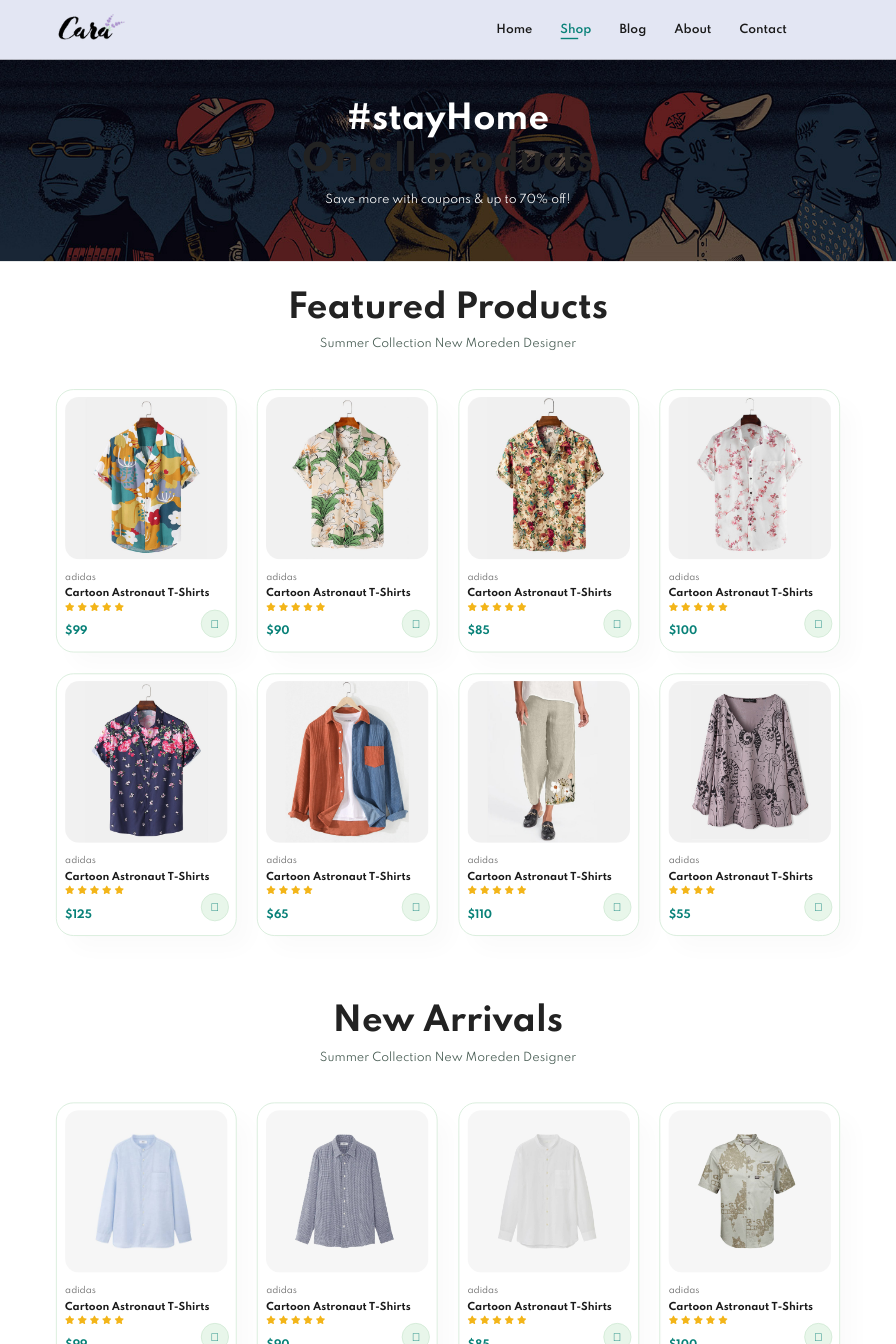
Repository: MinhNhatIT2901/Ecommerce
Page: shop.html
An editor plug-in stored every save of this project. The page is shown before and after the next save, followed by the edit.
The browser window is 1280 px wide. The pictures show the part of the page from y = 0 to 1920 px (the page is 3064 px tall before and 2748 px after), at 70% of full size.
Some web libraries are served in a nearby version.

Above is the page before, as saved 2022-01-08 21:07:28.

### shop.html
<!DOCTYPE html>
<html lang="en">
<head>
    <meta charset="UTF-8">
    <meta http-equiv="X-UA-Compatible" content="IE=edge">
    <meta name="viewport" content="width=device-width, initial-scale=1.0">
    <title>Ecommerce</title>
    <link rel="stylesheet" href="https://pro.fontawesome.com/releases/v5.10.0/css/all.css" integrity="sha384-AYmEC3Yw5cVb3ZcuHtOA93w35dYTsvhLPVnYs9eStHfGJvOvKxVfELGroGkvsg+p" crossorigin="anonymous"/>
    <link rel="stylesheet" href="style.css">
</head>
<body>

    <section id="header">
        <a href="">
            <img src="imgs/img/logo.png" alt="" class="logo">
        </a>
        <div>
            <ul id="navbar">
                <li><a href="index.html">Home</a></li>
                <li><a class="active" href="shop.html">Shop</a></li>
                <li><a href="blog.html">Blog</a></li>
                <li><a href="about.html">About</a></li>
                <li><a href="contact.html">Contact</a></li>
                <li id="lg-bar"><a href="cart.html"><i class="far fa-shopping-bag"></i></a></li>
                <a href="#" id="close">
                    <i class="far fa-times"></i>
                </a>
            </ul>
        </div>
        <div id="mobile">
            <a href="cart.html"><i class="far fa-shopping-bag"></i></a>
            <i id="bar" class="fas fa-outdent"></i>
        </div>
    </section>

    <section id="page-header">
        <h2>#stayHome</h2>
        <h1>On all products</h1>
        <p>Save more with coupons & up to 70% off! </p>
    </section>

    <section id="product1" class="section-p1">
        <h2>Featured Products</h2>
        <p>Summer Collection New Moreden Designer</p>
        <div class="pro-container">
            <div class="pro">
                <img src="imgs/img/products/f1.jpg" alt="">
                <div class="des">
                    <span>adidas</span>
                    <h5>Cartoon Astronaut T-Shirts</h5>
                    <div class="star">
                        <i class="fas fa-star"></i>
                        <i class="fas fa-star"></i>
                        <i class="fas fa-star"></i>
                        <i class="fas fa-star"></i>
                        <i class="fas fa-star"></i>
                    </div>
                    <h4>$99</h4>
                </div>
                <a href="#"><i class="fal fa-shopping-cart cart"></i></a>
            </div>
            <div class="pro">
                <img src="imgs/img/products/f2.jpg" alt="">
                <div class="des">
                    <span>adidas</span>
                    <h5>Cartoon Astronaut T-Shirts</h5>
                    <div class="star">
                        <i class="fas fa-star"></i>
                        <i class="fas fa-star"></i>
                        <i class="fas fa-star"></i>
                        <i class="fas fa-star"></i>
                        <i class="fas fa-star"></i>
                    </div>
                    <h4>$90</h4>
                </div>
                <a href="#"><i class="fal fa-shopping-cart cart"></i></a>
            </div>
            <div class="pro">
                <img src="imgs/img/products/f3.jpg" alt="">
                <div class="des">
                    <span>adidas</span>
                    <h5>Cartoon Astronaut T-Shirts</h5>
                    <div class="star">
                        <i class="fas fa-star"></i>
                        <i class="fas fa-star"></i>
                        <i class="fas fa-star"></i>
                        <i class="fas fa-star"></i>
                        <i class="fas fa-star"></i>
                    </div>
                    <h4>$85</h4>
                </div>
                <a href="#"><i class="fal fa-shopping-cart cart"></i></a>
            </div>
            <div class="pro">
                <img src="imgs/img/products/f4.jpg" alt="">
                <div class="des">
                    <span>adidas</span>
                    <h5>Cartoon Astronaut T-Shirts</h5>
                    <div class="star">
                        <i class="fas fa-star"></i>
                        <i class="fas fa-star"></i>
                        <i class="fas fa-star"></i>
                        <i class="fas fa-star"></i>
                        <i class="fas fa-star"></i>
                    </div>
                    <h4>$100</h4>
                </div>
                <a href="#"><i class="fal fa-shopping-cart cart"></i></a>
            </div>
            <div class="pro">
                <img src="imgs/img/products/f5.jpg" alt="">
                <div class="des">
                    <span>adidas</span>
                    <h5>Cartoon Astronaut T-Shirts</h5>
                    <div class="star">
                        <i class="fas fa-star"></i>
                        <i class="fas fa-star"></i>
                        <i class="fas fa-star"></i>
                        <i class="fas fa-star"></i>
                        <i class="fas fa-star"></i>
                    </div>
                    <h4>$125</h4>
                </div>
                <a href="#"><i class="fal fa-shopping-cart cart"></i></a>
            </div>
            <div class="pro">
                <img src="imgs/img/products/f6.jpg" alt="">
                <div class="des">
                    <span>adidas</span>
                    <h5>Cartoon Astronaut T-Shirts</h5>
                    <div class="star">
                        <i class="fas fa-star"></i>
                        <i class="fas fa-star"></i>
                        <i class="fas fa-star"></i>
                        <i class="fas fa-star"></i>
                    </div>
                    <h4>$65</h4>
                </div>
                <a href="#"><i class="fal fa-shopping-cart cart"></i></a>
            </div>
            <div class="pro">
                <img src="imgs/img/products/f7.jpg" alt="">
                <div class="des">
                    <span>adidas</span>
                    <h5>Cartoon Astronaut T-Shirts</h5>
                    <div class="star">
                        <i class="fas fa-star"></i>
                        <i class="fas fa-star"></i>
                        <i class="fas fa-star"></i>
                        <i class="fas fa-star"></i>
                        <i class="fas fa-star"></i>
                    </div>
                    <h4>$110</h4>
                </div>
                <a href="#"><i class="fal fa-shopping-cart cart"></i></a>
            </div>
            <div class="pro">
                <img src="imgs/img/products/f8.jpg" alt="">
                <div class="des">
                    <span>adidas</span>
                    <h5>Cartoon Astronaut T-Shirts</h5>
                    <div class="star">
                        <i class="fas fa-star"></i>
                        <i class="fas fa-star"></i>
                        <i class="fas fa-star"></i>
                        <i class="fas fa-star"></i>
                    </div>
                    <h4>$55</h4>
                </div>
                <a href="#"><i class="fal fa-shopping-cart cart"></i></a>
            </div>
        </div>
    </section>

    <section id="product1" class="section-p1">
        <h2>New Arrivals</h2>
        <p>Summer Collection New Moreden Designer</p>
        <div class="pro-container">
            <div class="pro">
                <img src="imgs/img/products/n1.jpg" alt="">
                <div class="des">
                    <span>adidas</span>
                    <h5>Cartoon Astronaut T-Shirts</h5>
                    <div class="star">
                        <i class="fas fa-star"></i>
                        <i class="fas fa-star"></i>
                        <i class="fas fa-star"></i>
                        <i class="fas fa-star"></i>
                        <i class="fas fa-star"></i>
                    </div>
                    <h4>$99</h4>
                </div>
                <a href="#"><i class="fal fa-shopping-cart cart"></i></a>
            </div>
            <div class="pro">
                <img src="imgs/img/products/n2.jpg" alt="">
                <div class="des">
                    <span>adidas</span>
                    <h5>Cartoon Astronaut T-Shirts</h5>
                    <div class="star">
                        <i class="fas fa-star"></i>
                        <i class="fas fa-star"></i>
                        <i class="fas fa-star"></i>
                        <i class="fas fa-star"></i>
                        <i class="fas fa-star"></i>
                    </div>
                    <h4>$90</h4>
                </div>
                <a href="#"><i class="fal fa-shopping-cart cart"></i></a>
            </div>
            <div class="pro">
                <img src="imgs/img/products/n3.jpg" alt="">
                <div class="des">
                    <span>adidas</span>
                    <h5>Cartoon Astronaut T-Shirts</h5>
                    <div class="star">
                        <i class="fas fa-star"></i>
                        <i class="fas fa-star"></i>
                        <i class="fas fa-star"></i>
                        <i class="fas fa-star"></i>
                        <i class="fas fa-star"></i>
                    </div>
                    <h4>$85</h4>
                </div>
                <a href="#"><i class="fal fa-shopping-cart cart"></i></a>
            </div>
            <div class="pro">
                <img src="imgs/img/products/n4.jpg" alt="">
                <div class="des">
                    <span>adidas</span>
                    <h5>Cartoon Astronaut T-Shirts</h5>
                    <div class="star">
                        <i class="fas fa-star"></i>
                        <i class="fas fa-star"></i>
                        <i class="fas fa-star"></i>
                        <i class="fas fa-star"></i>
                        <i class="fas fa-star"></i>
                    </div>
                    <h4>$100</h4>
                </div>
                <a href="#"><i class="fal fa-shopping-cart cart"></i></a>
            </div>
            <div class="pro">
                <img src="imgs/img/products/n5.jpg" alt="">
                <div class="des">
                    <span>adidas</span>
                    <h5>Cartoon Astronaut T-Shirts</h5>
                    <div class="star">
                        <i class="fas fa-star"></i>
                        <i class="fas fa-star"></i>
                        <i class="fas fa-star"></i>
                        <i class="fas fa-star"></i>
                        <i class="fas fa-star"></i>
                    </div>
                    <h4>$125</h4>
                </div>
                <a href="#"><i class="fal fa-shopping-cart cart"></i></a>
            </div>
            <div class="pro">
                <img src="imgs/img/products/n6.jpg" alt="">
                <div class="des">
                    <span>adidas</span>
                    <h5>Cartoon Astronaut T-Shirts</h5>
                    <div class="star">
                        <i class="fas fa-star"></i>
                        <i class="fas fa-star"></i>
                        <i class="fas fa-star"></i>
                        <i class="fas fa-star"></i>
                    </div>
                    <h4>$65</h4>
                </div>
                <a href="#"><i class="fal fa-shopping-cart cart"></i></a>
            </div>
            <div class="pro">
                <img src="imgs/img/products/n7.jpg" alt="">
                <div class="des">
                    <span>adidas</span>
                    <h5>Cartoon Astronaut T-Shirts</h5>
                    <div class="star">
                        <i class="fas fa-star"></i>
                        <i class="fas fa-star"></i>
                        <i class="fas fa-star"></i>
                        <i class="fas fa-star"></i>
                        <i class="fas fa-star"></i>
                    </div>
                    <h4>$110</h4>
                </div>
                <a href="#"><i class="fal fa-shopping-cart cart"></i></a>
            </div>
            <div class="pro">
                <img src="imgs/img/products/n8.jpg" alt="">
                <div class="des">
                    <span>adidas</span>
                    <h5>Cartoon Astronaut T-Shirts</h5>
                    <div class="star">
                        <i class="fas fa-star"></i>
                        <i class="fas fa-star"></i>
                        <i class="fas fa-star"></i>
                        <i class="fas fa-star"></i>
                    </div>
                    <h4>$55</h4>
                </div>
                <a href="#"><i class="fal fa-shopping-cart cart"></i></a>
            </div>
        </div>
    </section>

    <section id="newsletter" class="section-p1 section-m1">
        <div class="newstext">
            <h4>Sign Up For Newsletters</h4>
            <p>Get E-mail uppdates about our latest shop and <span>special offers</span></p>
        </div>
        <div class="form">
            <input type="text" placeholder="Your email address">
            <button class="normal">Sign Up</button>
        </div>
    </section>

    <footer class="section-p1">
        <div class="col">
            <img  class="logo" src="imgs/img/logo.png" alt="">
            <h4>Contact</h4>
            <p><strong>Address: </strong> 562 Wellington Road, Street 32, San Francisco</p>
            <p><strong>Phone:</strong> +01 2222 365 /(+91) e1 2345 6789</p>
            <p><strong>Hours:</strong> 10:00 - 18:00, Mon - Sat</p>
            <div class="follow">
                <h4>Follow us</h4>
                <div class="icon">
                    <i class="fab fa-facebook-f"></i>
                    <i class="fab fa-twitter"></i>
                    <i class="fab fa-instagram"></i>
                    <i class="fab fa-pinterest-p"></i>
                    <i class="fab fa-youtube"></i>
                </div>
            </div>
        </div>

        <div class="col">
            <h4>About</h4>
            <a href="#">About us</a>
            <a href="#">Delivery Information</a>
            <a href="#">Privacy Policy</a>
            <a href="#">Terms & Conditions</a>
            <a href="#">Contact Us</a>
        </div>

        <div class="col">
            <h4>My Account</h4>
            <a href="#">Sign In</a>
            <a href="#">View Cart</a>
            <a href="#">My Wishlist</a>
            <a href="#">Track My Order</a>
            <a href="#">Help</a>
        </div>

        <div class="col install">
            <h4>Install App</h4>
            <p>From App Store or Google Play</p>
            <div class="row">
                <img src="imgs/img/pay/app.jpg" alt="">
                <img src="imgs/img/pay/play.jpg" alt="">
            </div>
            <p>Secured Payment Gateways </p>
            <img src="imgs/img/pay/pay.png" alt="">
        </div>
    </footer>
    <div class="copyright">
        <p>® 2021, Tech2 etc HTML CSS Ecommerce Templatek</p>
    </div>
    <script src="style.js"></script>
</body>
</html>

Loaded but not shown: style.js (15 lines, source omitted); style.css (712 lines, source omitted)

After the next save:
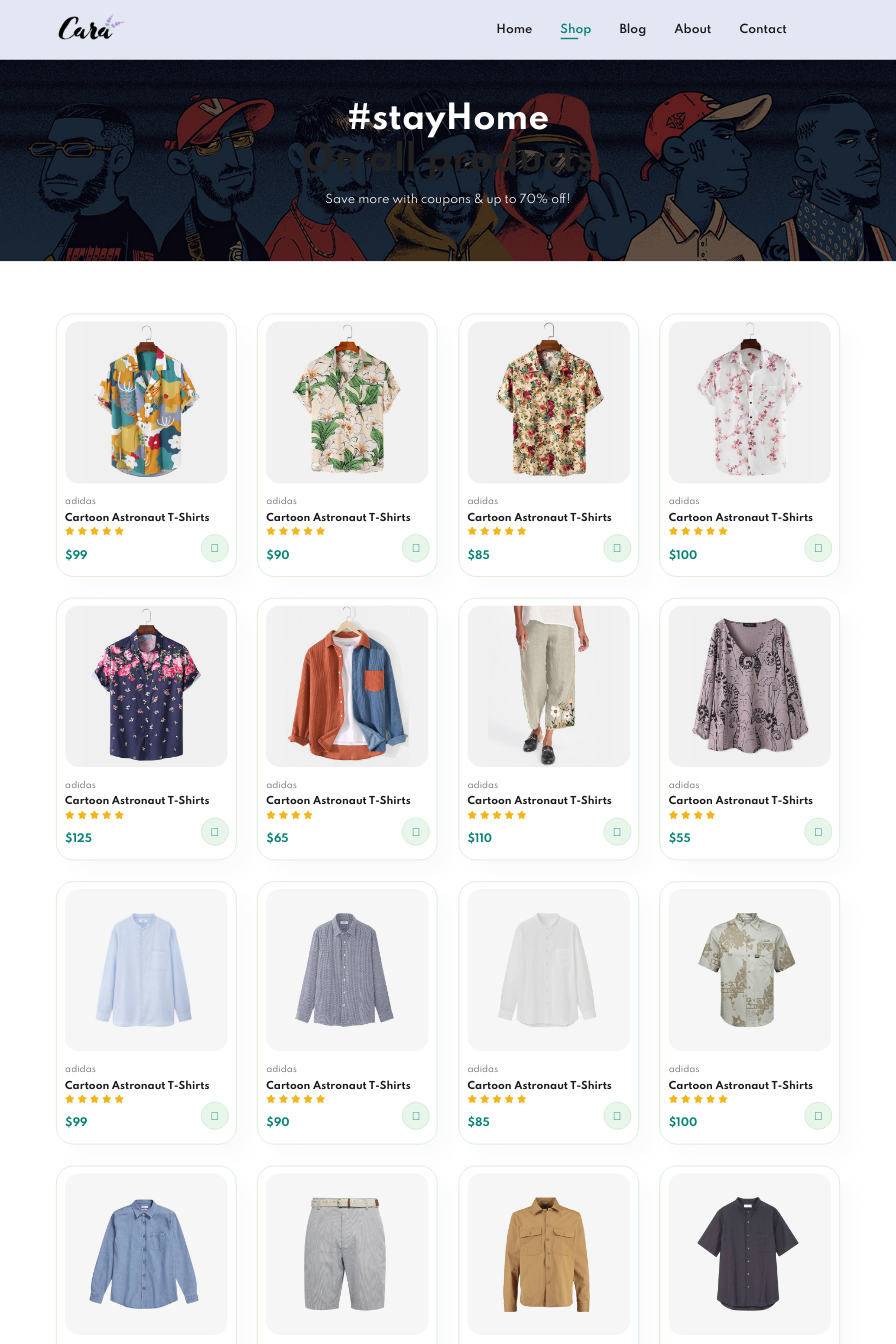
Saved 2 min 27 s later.
--- a/shop.html
+++ b/shop.html
@@ -40,8 +40,6 @@
     </section>
 
     <section id="product1" class="section-p1">
-        <h2>Featured Products</h2>
-        <p>Summer Collection New Moreden Designer</p>
         <div class="pro-container">
             <div class="pro">
                 <img src="imgs/img/products/f1.jpg" alt="">
@@ -169,13 +167,7 @@
                 </div>
                 <a href="#"><i class="fal fa-shopping-cart cart"></i></a>
             </div>
-        </div>
-    </section>
-
-    <section id="product1" class="section-p1">
-        <h2>New Arrivals</h2>
-        <p>Summer Collection New Moreden Designer</p>
-        <div class="pro-container">
+
             <div class="pro">
                 <img src="imgs/img/products/n1.jpg" alt="">
                 <div class="des">
